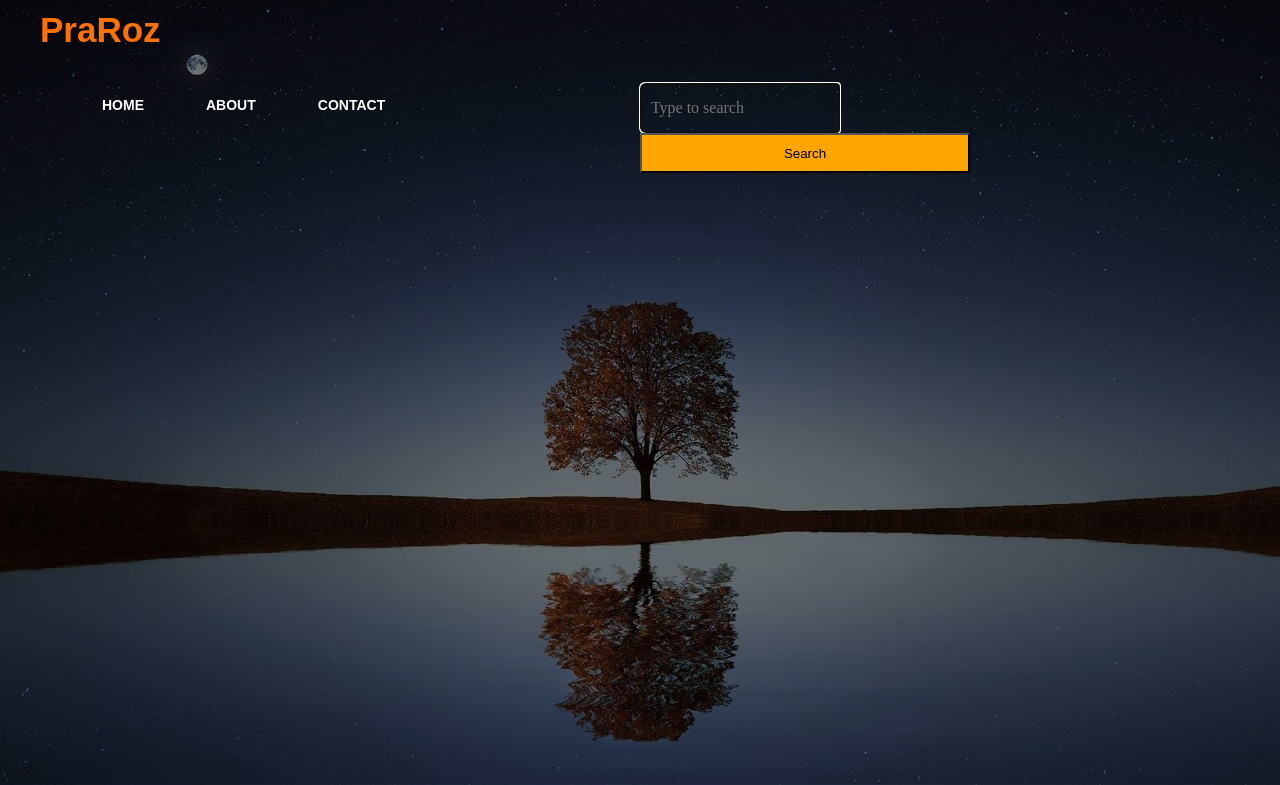
Repository: Cedrqmwesigwa/web-design-course
Page: index.html
These files come from the project's save history. The page is drawn as it stood at one moment and after a run of saves; the edit follows.
The browser window is 1280 px wide. The pictures show the whole page.
The first visible `.srch` has the focus.

Above is the page before, as saved 2024-04-03 20:05:10.

After the next 2 saves:
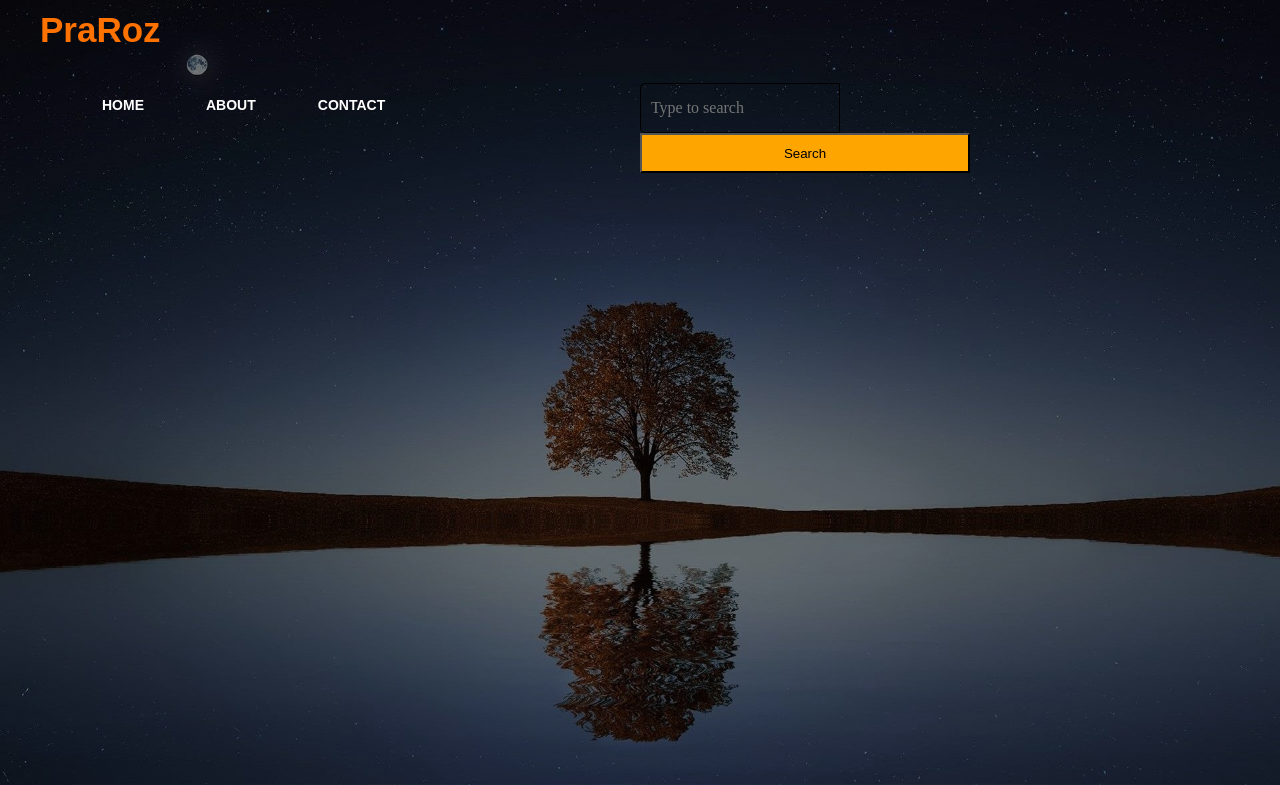
The 2 saves are shown as one change because they came seconds apart.
The last was saved 6 s later.
--- a/style.css
+++ b/style.css
@@ -95,5 +95,5 @@ ul li a:hover{
     outline: none;
 }
 .srch:focus{
-    outline:
+    outline:none;
 }
